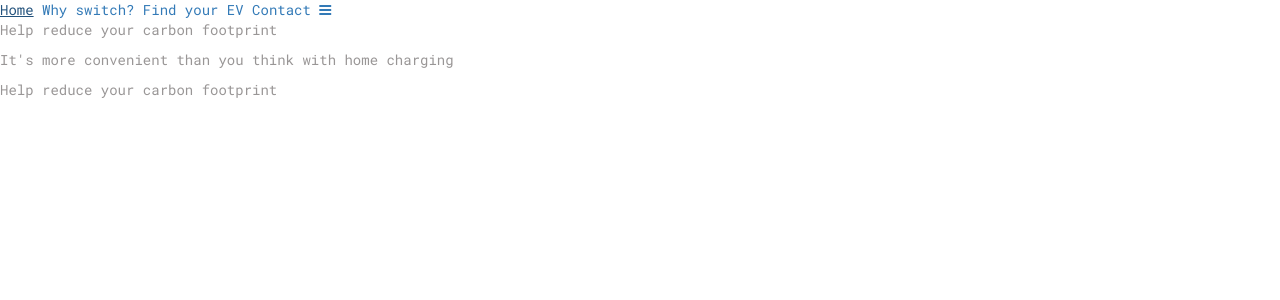
Repository: gnisco/project-2
Page: index.html
The author's editor kept a record of every edit. The page is drawn from the files as they stood at one moment, then again after the next edit.
The browser window is 1280 px wide. The pictures show the whole page.
Some web libraries are served in a nearby version.

Above is the page before.

After the next edit:
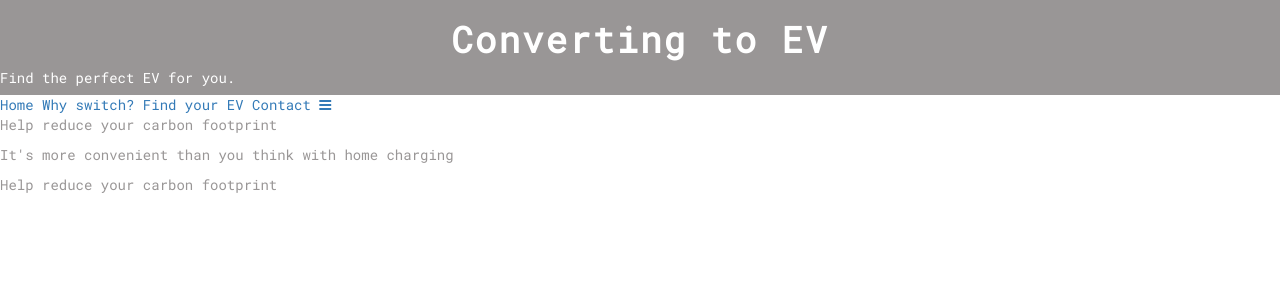
The edit:
--- a/index.html
+++ b/index.html
@@ -11,6 +11,16 @@
 </head>
 <body>
     <header class="container-fluid">
+        <div class="col">
+            <div class="row bg-color-name-title">
+                <div class="heading">
+                    <h1 class="title">Converting to EV</h1>
+                </div>
+                <div class="sub-heading">
+                    <h5 class="sub-title">Find the perfect EV for you.</h5>
+                </div>
+            </div>
+        </div>
         <div class="row">
             <div class="topnav" id="myTopnav">
                 <a href="index.html" class="active">Home</a>
